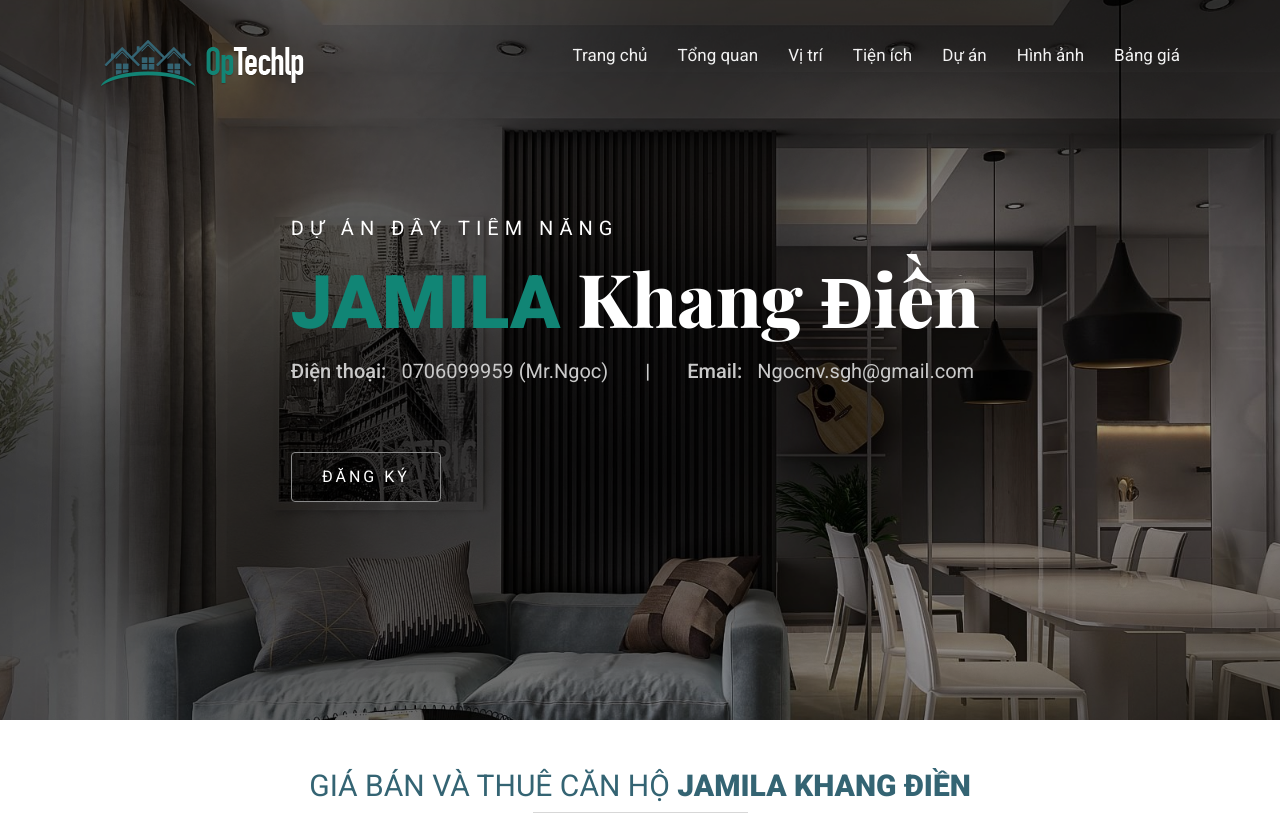
Repository: phunobi1807/Myweb
Page: index.html
The author's editor kept a copy of each file at every save. The page is drawn from the files as they stood at one save, then again after the next save.
The browser window is 1280 px wide. The pictures show the whole page.
Some web fonts or font styles are not loaded; a fallback is used.

Above is the page before, as saved 2021-05-14 11:28:26.

After the next save:
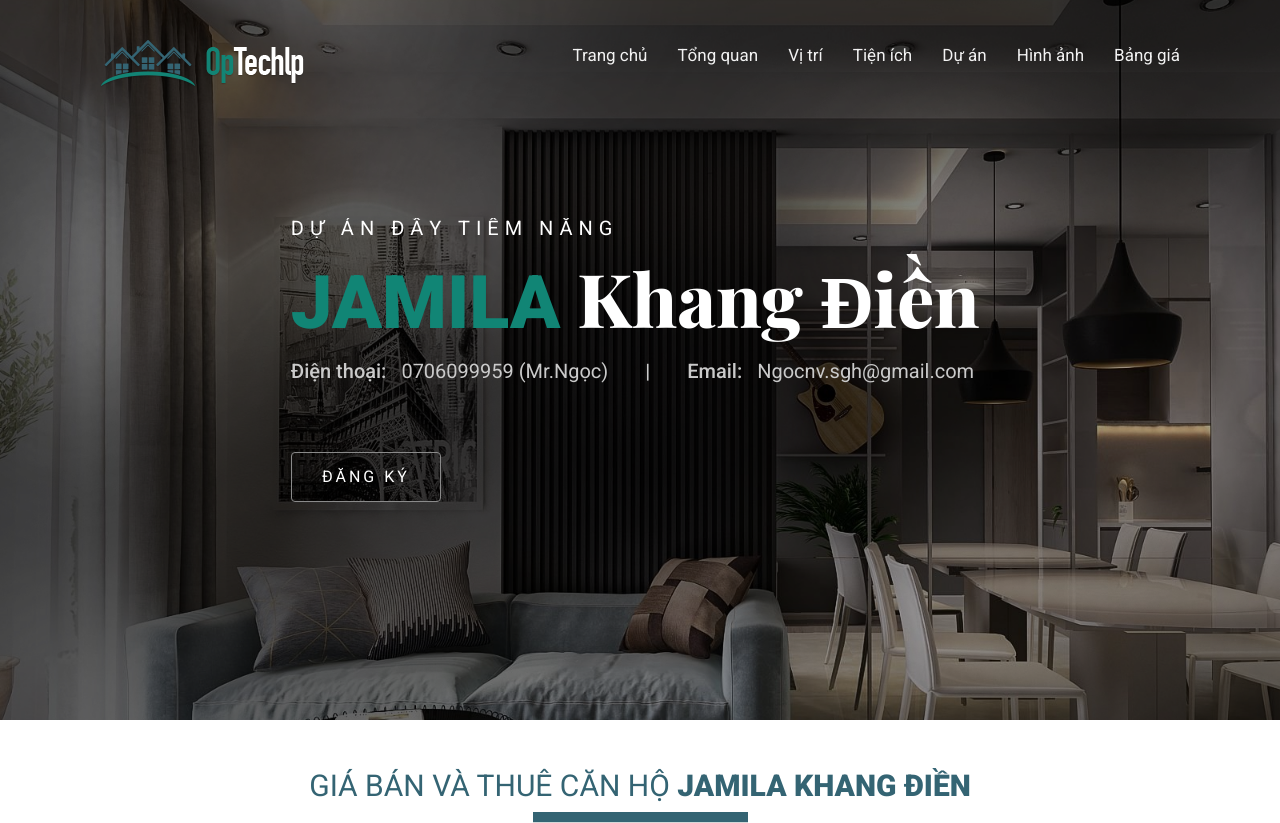
Saved 44 s later.
--- a/css/style.css
+++ b/css/style.css
@@ -170,4 +170,8 @@
         width: 215px;
         margin-left: 28rem;
     }
+
+    .price-apartment .gachchan {
+        border: 5px solid #346473;
+    }
     /* end giá bán căn hộ trong bảng  */
